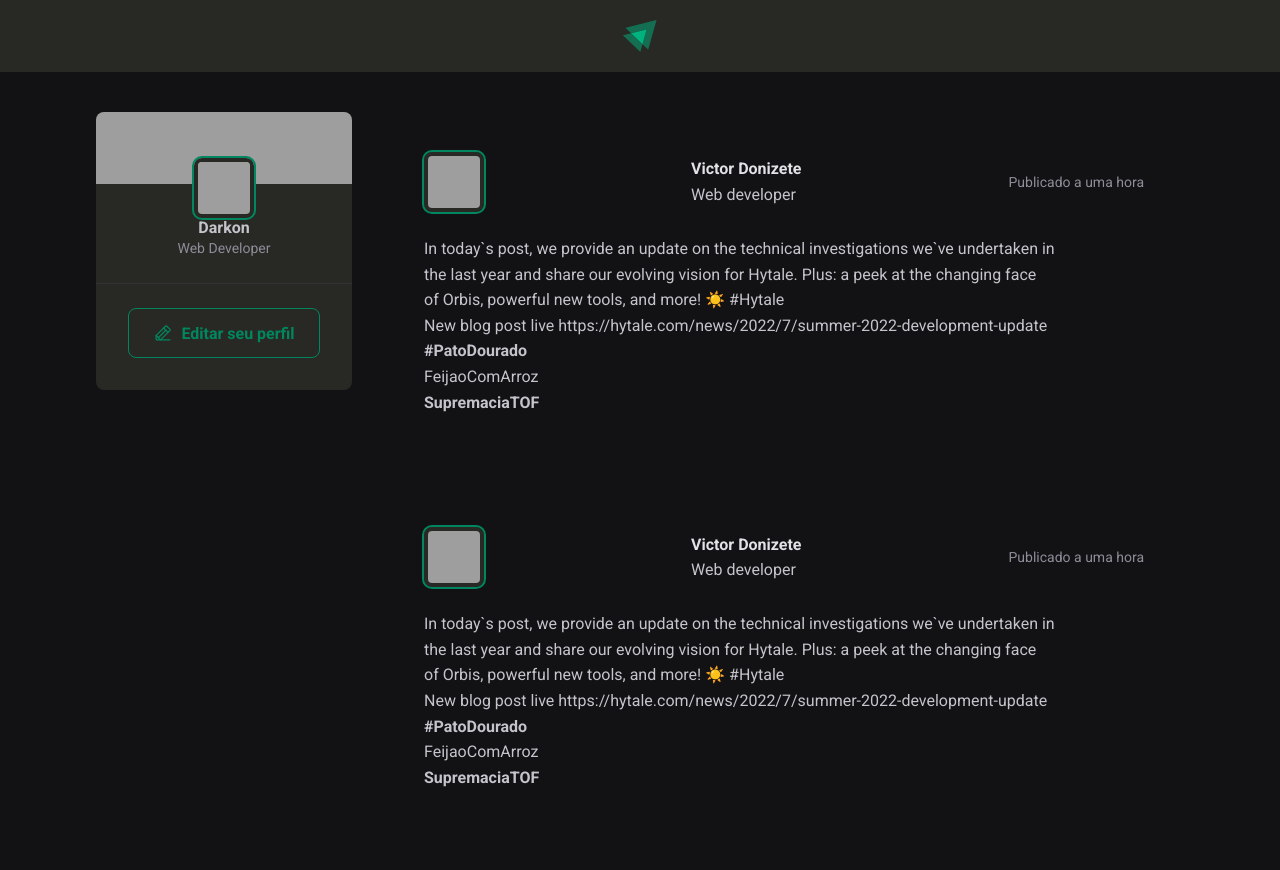
Repository: viviij/PseudoRedeSocial
Page: /
These files come from the project's save history. The page is drawn as it stood at one moment and after the next save; the edit follows.
The browser window is 1280 px wide. The pictures show the whole page.
Pictures or frames that could not be fetched are drawn as grey boxes. The project was rebuilt for these pictures with package versions that can differ from the ones it lists, and the page was loaded fresh each time. Also part of the build but not shown: vite.config.js.

Above is the page before, as saved 2022-08-02 11:54:45.

### index.html
<!DOCTYPE html>
<html lang="en">
  <head>
    <meta charset="UTF-8" />
    <link rel="preconnect" href="https://fonts.googleapis.com">
    <link rel="preconnect" href="https://fonts.gstatic.com" crossorigin>
    <link rel="icon" type="image/svg+xml" href="/vite.svg" />
    <meta name="viewport" content="width=device-width, initial-scale=1.0" />
    <link href="https://fonts.googleapis.com/css2?family=Roboto:wght@400;700&display=swap" rel="stylesheet">
    <title>RedeSocial</title>
  </head>
  <body>
    <div id="root"></div>
    <script type="module" src="/src/main.jsx"></script>
  </body>
</html>

### src/App.jsx
import { Header } from "./components/header";
import { Sidebar } from "./components/Sidebar"
import { Post } from "./components/Post"

import styles from "./App.module.css"
import "./global.css"
export function App() {
  return (
    <div>
      <Header />

      <div className={styles.wrapper}>
        <Sidebar />
        <main>
          <Post
            author="Victor Donizete"
            content="Texto generico criado apenas para simular uma postagem"
          />
          <Post
            author="Fernanda Medeiros"
            content="Texto generico criado apenas para simular uma postagem"
          />
        </main>
      </div>
    </div>
  )
}

### src/components/header.jsx
import styles from "./Header.module.css"

import IgniteLogo from '../assets/IgniteLogo.svg'

export function Header() {
  return (
    <header className={styles.header}>
      <img src={IgniteLogo} alt="Logo da ignite" />
    </header>
  )
}

### src/components/Sidebar.jsx
import styles from "./Sidebar.module.css"
import { PencilLine } from "phosphor-react"

export function Sidebar() {
  return (
    <aside className={styles.sidebar}>
      <img
        className={styles.cover}
        src="https://images.unsplash.com/photo-1659095579647-7c1bbc73b36f?ixlib=rb-1.2.1&ixid=MnwxMjA3fDB8MHxlZGl0b3JpYWwtZmVlZHw1fHx8ZW58MHx8fHw%3D&auto=format&fit=crop&w=500&q=10" alt="plano de fundo"
      />

      <div className={styles.profile}>
        <img
          className={styles.avatar}
          src="https://github.com/viviij.png" alt="Foto de perfil" />

        <strong>Darkon</strong>
        <span>Web Developer</span>
      </div>

      <footer>
        <a
          href="#">
          <PencilLine
            size={20}
          />
          Editar seu perfil
        </a>
      </footer>
    </aside>
  )
}

### src/components/Post.jsx
import styles from "./Post.module.css"

export function Post() {
  return (
    <article className={styles.post}>
      <header>
        <div className={styles.author}>
          <img className={styles.avatar} src="https://github.com/viviij.png" alt="Foto do perfil" />
        </div>
        <div className={styles.authorInfo}>
          <strong>Victor Donizete</strong>
          <span>Web developer</span>
        </div>

        <time title="1 de agosto as 00:13h" dateTime="2022-05-11 00:13:46">Publicado a uma hora</time>
      </header>

      <div className={styles.content}>
        <p> In today`s post, we provide an update on the technical investigations we`ve undertaken in</p> <p> the last year and share our evolving vision for Hytale. Plus: a peek at the changing face </p>
        <p> of Orbis, powerful new tools, and more! ☀️ #Hytale</p>
        <p>New blog post live https://hytale.com/news/2022/7/summer-2022-development-update</p>

        <p><a href="#">#PatoDourado</a></p>{' '}
        <p><a href="#"></a>FeijaoComArroz</p>{' '}
        <p><a href="#">SupremaciaTOF</a></p>
      </div>
    </article>
  )
}

### src/App.module.css
.wrapper {
  max-width: 70rem;
  margin: 2rem auto;
  padding: 0.5rem 1rem;

  display: grid;
  grid-template-columns: 256px 1fr;
  gap: 2rem;
  align-items: flex-start;

}

### src/global.css
:root {
  --white: #ffffff;

  --gray-100: #e1e1e6;
  --gray-300: #c4c4cc;
  --gray-400: #8d8d99;
  --gray-600: #323238;
  --gray-700: #29292e;
  --gray-800: #282824;
  --gray-900: #121214;

  --green-300: #00B37E;
  --green-500: #00875f;
}

* {
  margin: 0;
  padding: 0;
  box-sizing: border-box;
}

body {
  background: var(--gray-900);
  color: var(--gray-300);
  -webkit-font-smoothing: antialiased;
}

body,
input,
textarea,
button {
  font-family: 'Roboto', sans-serif;
  font-weight: 400;
  font-size: 1rem;
}

### src/components/Sidebar.module.css
.sidebar {
  background: var(--gray-800);
  border-radius: 8px;
  overflow: hidden;
}

.cover {
  width: 100%;
  height: 72px;
  object-fit: cover;
}

.profile {
  display: flex;
  flex-direction: column;
  align-items: center;

  margin-top: calc(0px - 1.5rem - 6px);
}

.avatar {
  width: calc(3rem + 12px);
  height: calc(3rem + 12px);
  border-radius: 8px;
  border: 4px solid var(--gray-800);
  outline: 2px solid var(--green-500);
}

.prfile strong {
  margin: 1rem;
  color: var(--gray-100);
  line-height: 1.6;
}

.profile span {
  font-size: 0.875rem;
  color: var(--gray-400);
  line-height: 1.6;
}

.sidebar footer {
  border-top: 1px solid var(--gray-600);
  margin-top: 1.5rem;
  padding: 1.5rem 2rem 2rem;
}

.sidebar footer a {
  width: 100%;
  background: transparent;
  color: var(--green-500);
  border: 1px solid var(--green-500);
  border-radius: 8px;
  height: 50px;
  padding: 0 1.5rem;
  font-weight: bold;
  display: block;
  text-decoration: none;

  display: flex;
  align-items: center;
  justify-content: center;

  gap: 0.5rem;

  transition: color 0.5s, background-color 0.5s;
}

.sidebar footer a:hover {
  background: var(--green-500);
  color: var(--white)
}

### src/components/Post.module.css
.post {
  background: var(--grey-800);
  border-radius: 8px;
  padding: 2.5rem;
}

.post+.post {
  margin-top: 2rem;
}

.content {
  line-height: 1.6;
  color: var(--gray-300);
  margin-top: 1.5rem;
}

.content a {
  font-weight: bold;
  color: var(--gray-500);
  text-decoration: none;
}

.content a:hover {
  color: var(--green-300);
}

.post>header {
  display: flex;
  align-items: center;
  justify-content: space-between;
}

.post>header time {
  font-size: 0.875rem;
  color: var(--gray-400)
}

.author {
  display: flex;
  align-items: center;
  gap: 1rem;
}

.author img {
  width: calc(3rem + 12px);
  height: calc(3rem + 12px);
  border-radius: 8px;
  border: 4px solid var(--gray-800);
  outline: 2px solid var(--green-500);
}

.authorInfo strong {
  display: block;
  color: var(--gray-100);
  line-height: 1.6;
}

.authorInfo span {
  display: block;
  font-size: 0.875;
  color: var(--grey-400);
  line-height: 1.6;
}

Loaded but not shown: src/main.jsx (common file); src/components/Header.module.css (common file)

After the next save:
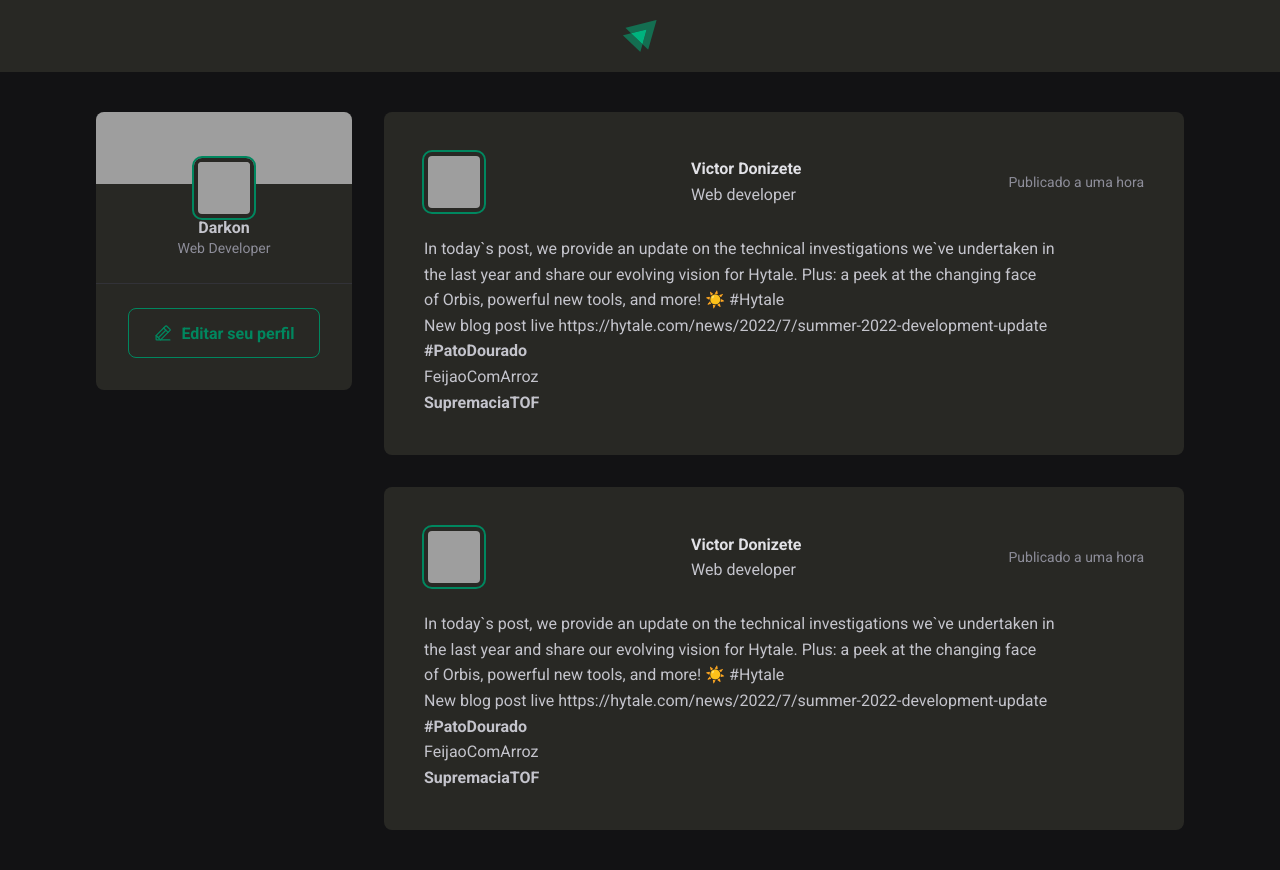
Saved 73 s later.
--- a/src/components/Post.module.css
+++ b/src/components/Post.module.css
@@ -1,5 +1,5 @@
 .post {
-  background: var(--grey-800);
+  background: var(--gray-800);
   border-radius: 8px;
   padding: 2.5rem;
 }
